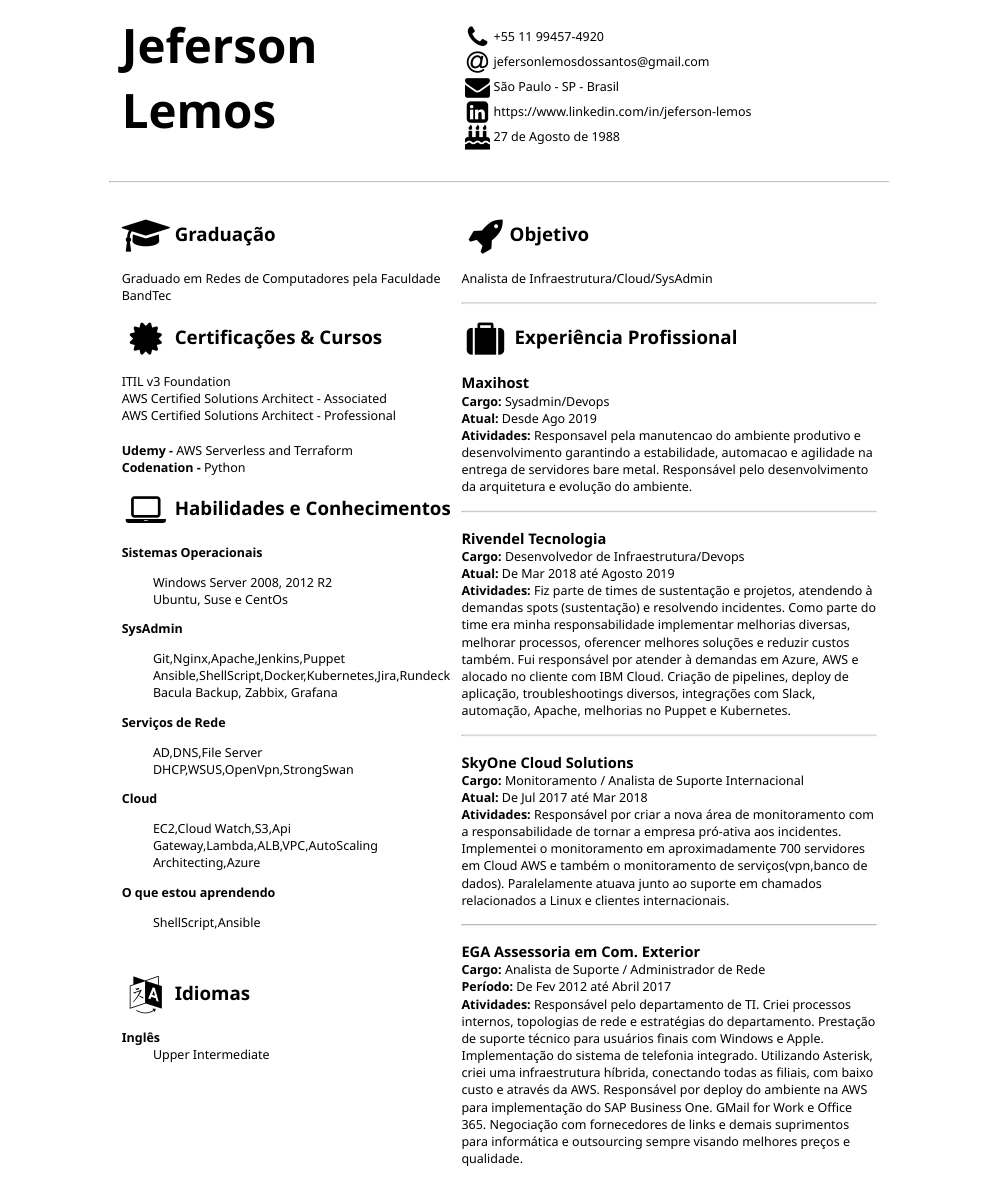
Repository: jefersonlemos/Resume-pt
Page: index.html
These files come from the project's save history. The page is drawn as it stood at one moment and after the next save; the edit follows.
The browser window is 1280 px wide. The pictures show the whole page, at 78% of full size.

Above is the page before, as saved 2020-06-15 11:23:29.

### index.html
<!DOCTYPE html>

<html lang="en">
<head>
    <meta charset="utf-8" />
    <title>Jeferson Lemos PT</title>
    <link rel="stylesheet" href="./css/normalize.css" type="text/css" />
    <link rel="stylesheet" href="./css/app.css" type="text/css" />
    <link rel="stylesheet" href="./css/font-awesome.min.css" type="text/css" />
</head>
<body>
    <div class="content">
        <header>
            <section>
                <h1>Jeferson <br />Lemos</h1>
            </section>
            <section>
                <ul>
                    <li>
                        <i class="fa fa-fw fa-2x fa-phone"></i>+55 11 99457-4920
                    </li>
                    <li>
                        <i class="fa fa-fw fa-2x fa-at"></i>jefersonlemosdossantos@gmail.com
                    </li>
                    <li>
                        <i class="fa fa-fw fa-2x fa-envelope"></i>São Paulo - SP - Brasil
                    </li>
                    <li>
                        <i class="fa fa-fw fa-2x fa-linkedin-square"></i>https://www.linkedin.com/in/jeferson-lemos
                    </li>
                    <li>
                        <i class="fa fa-fw fa-2x fa-birthday-cake"></i>27 de Agosto de 1988
                    </li>
                </ul>
            </section>
        </header>
        <hr />
        <main>
            <section>
                <article>
                    <h2><i class="fa fa-fw fa-2x fa-graduation-cap"></i> Graduação</h2>
                        Graduado em Redes de Computadores pela Faculdade BandTec

                </article>
                <article>
                    <h2><i class="fa fa-fw fa-2x fa-certificate"></i> Certificações & Cursos</h2>

                        ITIL v3 Foundation </br>
                        AWS Certified Solutions Architect - Associated </br>
                        AWS Certified Solutions Architect - Professional</br>
						</br>

					<b>Udemy - </b>AWS Serverless and Terraform</br>
					<b>Codenation - </b> Python </br>

                </article>
				 <article>
                    <h2><i class="fa fa-fw fa-2x fa-laptop"></i> Habilidades e Conhecimentos</h2>
                    <dl>
                        <dt>Sistemas Operacionais</dt>
                        <dd>
                            <ul>
                                <li>Windows Server 2008, 2012 R2</li>
                                <li>Ubuntu, Suse e CentOs</li>
                            </ul>
                        </dd>
                        <dt>SysAdmin</dt>
                        <dd>
                            <ul>
                                <li>Git,Nginx,Apache,Jenkins,Puppet</li>
                                <li>Ansible,ShellScript,Docker,Kubernetes,Jira,Rundeck </li>
                                <li>Bacula Backup, Zabbix, Grafana</li>

                            </ul>
                        </dd>
                        <dt>Serviços de Rede</dt>
                        <dd>
                            <ul>
                                <li>AD,DNS,File Server DHCP,WSUS,OpenVpn,StrongSwan</li>
                            </ul>
                        </dd>
                        <dt>Cloud</dt>
                        <dd>
                            <ul>
                                <li>EC2,Cloud Watch,S3,Api Gateway,Lambda,ALB,VPC,AutoScaling</li>
                                <li>Architecting,Azure </li>
                            </ul>
                        </dd>
                        <dt>O que estou aprendendo</dt>
                        <dd>
                            <ul>
                                <li>ShellScript,Ansible</li>
                            </ul>
                        </dd>
                    </dl>
                </article>
                <br />
                <article>
                    <h2><i class="fa fa-fw fa-2x fa-language"></i> Idiomas</h2>
                    <dl>
                        <dt>Inglês</dt>
                        <dd>Upper Intermediate</dd>
                    </dl>
                </article>
            </section>
            <section>
                <article>
					<h2><i class="fa fa-fw fa-2x fa-rocket"></i>Objetivo </h2>
                    Analista de Infraestrutura/Cloud/SysAdmin
                    <hr />
                    <h2><i class="fa fa-fw fa-2x fa-suitcase"></i> Experiência Profissional</h2>
                    <h3>Maxihost</h3>
                    <strong>Cargo:</strong> Sysadmin/Devops <br />
                    <strong>Atual:</strong> Desde Ago 2019<br />
                    <strong>Atividades:</strong> Responsavel pela manutencao do ambiente produtivo e desenvolvimento garantindo a estabilidade, automacao e agilidade na entrega de servidores bare metal. Responsável pelo desenvolvimento da arquitetura e evolução do ambiente.
                    <hr />
                    <h3>Rivendel Tecnologia</h3>
                    <strong>Cargo:</strong> Desenvolvedor de Infraestrutura/Devops <br />
                    <strong>Atual:</strong> De Mar 2018 até Agosto 2019<br />
                    <strong>Atividades:</strong> Fiz parte de times de sustentação e projetos, atendendo à demandas spots (sustentação) e resolvendo incidentes. Como parte do time era minha responsabilidade implementar melhorias diversas, melhorar processos, oferencer melhores soluções e reduzir custos também.
                    Fui responsável por atender à demandas em Azure, AWS e alocado no cliente com IBM Cloud. Criação de pipelines, deploy de aplicação, troubleshootings diversos, integrações com Slack, automação, Apache, melhorias no Puppet e Kubernetes.
                    <hr />
		            <h3>SkyOne Cloud Solutions</h3>
                    <strong>Cargo:</strong> Monitoramento / Analista de Suporte Internacional <br />
                    <strong>Atual:</strong> De Jul 2017 até Mar 2018<br />
                    <strong>Atividades:</strong> Responsável por criar a nova área de monitoramento com a responsabilidade de tornar a empresa pró-ativa aos incidentes. Implementei o monitoramento em aproximadamente 700 servidores em Cloud AWS e também o monitoramento de serviços(vpn,banco de dados).
			        Paralelamente atuava junto ao suporte em chamados relacionados a Linux e clientes internacionais.
                    <hr />
                    <h3>EGA Assessoria em Com. Exterior</h3>
                    <strong>Cargo:</strong> Analista de Suporte / Administrador de Rede  <br />
                    <strong>Período:</strong> De Fev 2012 até Abril 2017<br />
                    <strong>Atividades:</strong> Responsável pelo departamento de TI. Criei processos internos, topologias de rede e estratégias do departamento. Prestação de suporte técnico para usuários finais com Windows e Apple. Implementação do sistema de telefonia integrado. Utilizando Asterisk, criei uma infraestrutura híbrida, conectando todas as filiais, com baixo custo e através da AWS. Responsável por deploy do ambiente na AWS para implementação do SAP Business One. GMail for Work e Office 365. Negociação com fornecedores de links e demais suprimentos para informática e outsourcing sempre visando melhores preços e qualidade.
                    <!-- <hr />
                    <h3>Kosmos Tecnologia</h3>
                    <strong>Cargo:</strong> Empreendedor<br />
                    <strong>Período:</strong> De Nov 2009 até Fev 2012<br />
                    <strong>Atividades:</strong> Eu fui um empreendedor e fui responsável por prover suporte técnico (hardware e software) para os clientes. Fui também responsável por procurar novos clientes.
                    Prestei consultoria para pequenas empresas montando novos escritórios, criando websites, politicas de rede, backups e melhorias na rede.
                    Migrei um grande site chamado famosidades.com.br de um pequeno hosting para um hosting maior e mais seguro, migrei de Windows para Linux.
                    <hr /> -->
                   <!-- <h3>Stefanini IT Solutions</h3>
                    <strong>Cargo:</strong> Analista de Suporte I & II<br />
                    <strong>Periodo:</strong> De Nov 2008 até Nov 2009<br />
                    <strong>Atividades :</strong> Meu primeiro emprego, eu prestei suporte técnico em início de carreira. Participei de um projeto de migração de 1000 hosts de um domínio Windows 2003
para um novo domínio WIndows 2008.
                    <hr />-->

                </article>
            </section>
        </main>
        <footer>

        </footer>
    </div>
</body>
</html>

### css/app.css
body {
    font-family: 'Segoe UI', sans-serif;
}

.content {
    width: 1000px;
    margin: 0 auto;
}

header,
main {
    display: flex;
    padding: 1rem;
}

    header section,
    main section {
        -ms-flex: 1;
        flex: 1;
    }
    header section:first-child,
    main section:first-child {
        max-width: 45%;
    }

header h1 {
    font-size: 3.8rem;
    margin: 0;
}
main h3 {
    margin: 0;
}
main hr {
    margin: 20px 0;
}
header .fa,
main .fa {
    vertical-align: middle;
}
ul {
    list-style: none;
    padding: 0;
}

dt {
    font-weight: bold;
}

Loaded but not shown: css/normalize.css (library); css/font-awesome.min.css (library)

After the next save:
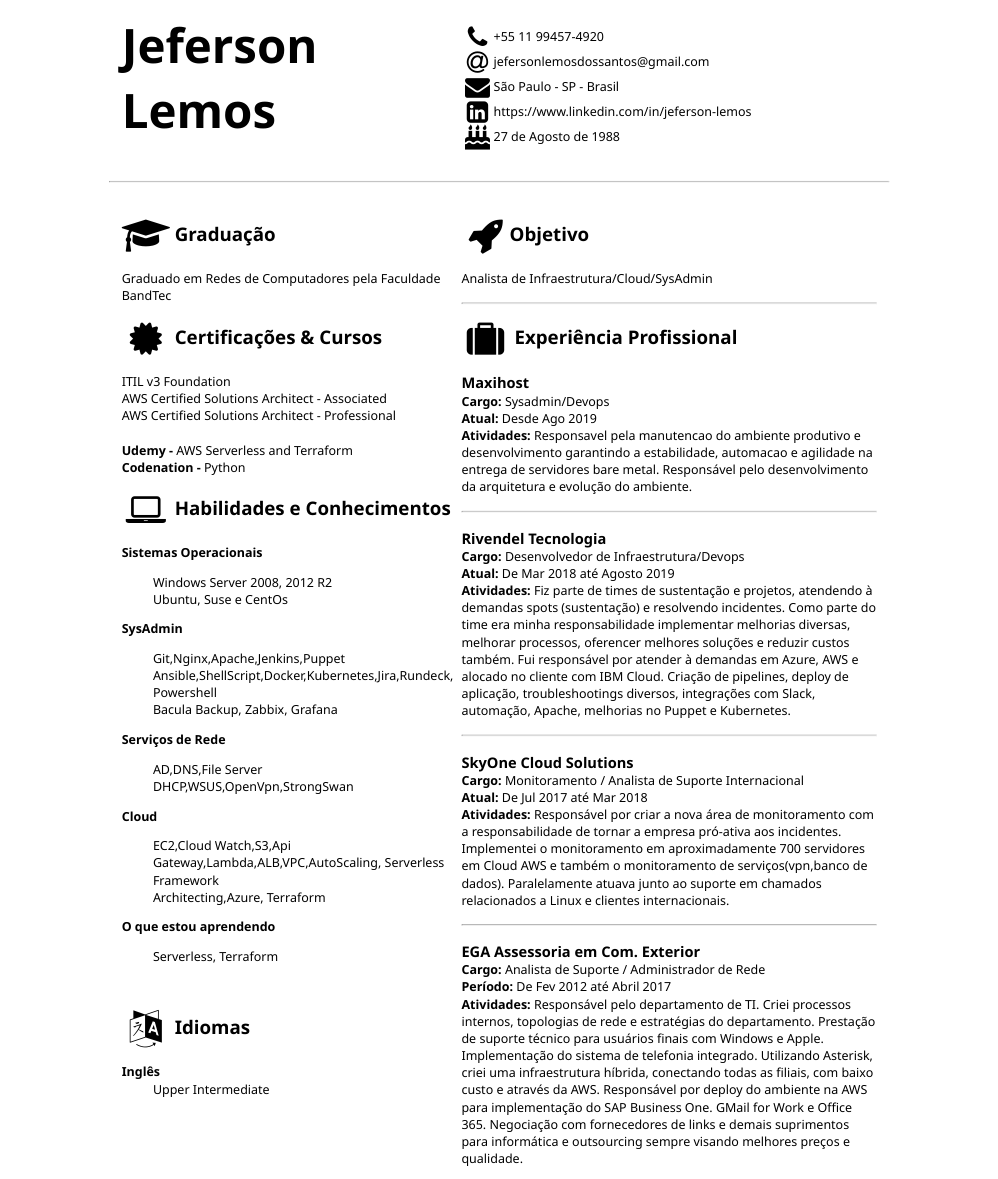
Saved 45 s later.
--- a/index.html
+++ b/index.html
@@ -68,7 +68,7 @@
                         <dd>
                             <ul>
                                 <li>Git,Nginx,Apache,Jenkins,Puppet</li>
-                                <li>Ansible,ShellScript,Docker,Kubernetes,Jira,Rundeck </li>
+                                <li>Ansible,ShellScript,Docker,Kubernetes,Jira,Rundeck, Powershell </li>
                                 <li>Bacula Backup, Zabbix, Grafana</li>
 
                             </ul>
@@ -82,14 +82,14 @@
                         <dt>Cloud</dt>
                         <dd>
                             <ul>
-                                <li>EC2,Cloud Watch,S3,Api Gateway,Lambda,ALB,VPC,AutoScaling</li>
-                                <li>Architecting,Azure </li>
+                                <li>EC2,Cloud Watch,S3,Api Gateway,Lambda,ALB,VPC,AutoScaling, Serverless Framework</li>
+                                <li>Architecting,Azure, Terraform </li>
                             </ul>
                         </dd>
                         <dt>O que estou aprendendo</dt>
                         <dd>
                             <ul>
-                                <li>ShellScript,Ansible</li>
+                                <li>Serverless, Terraform</li>
                             </ul>
                         </dd>
                     </dl>
